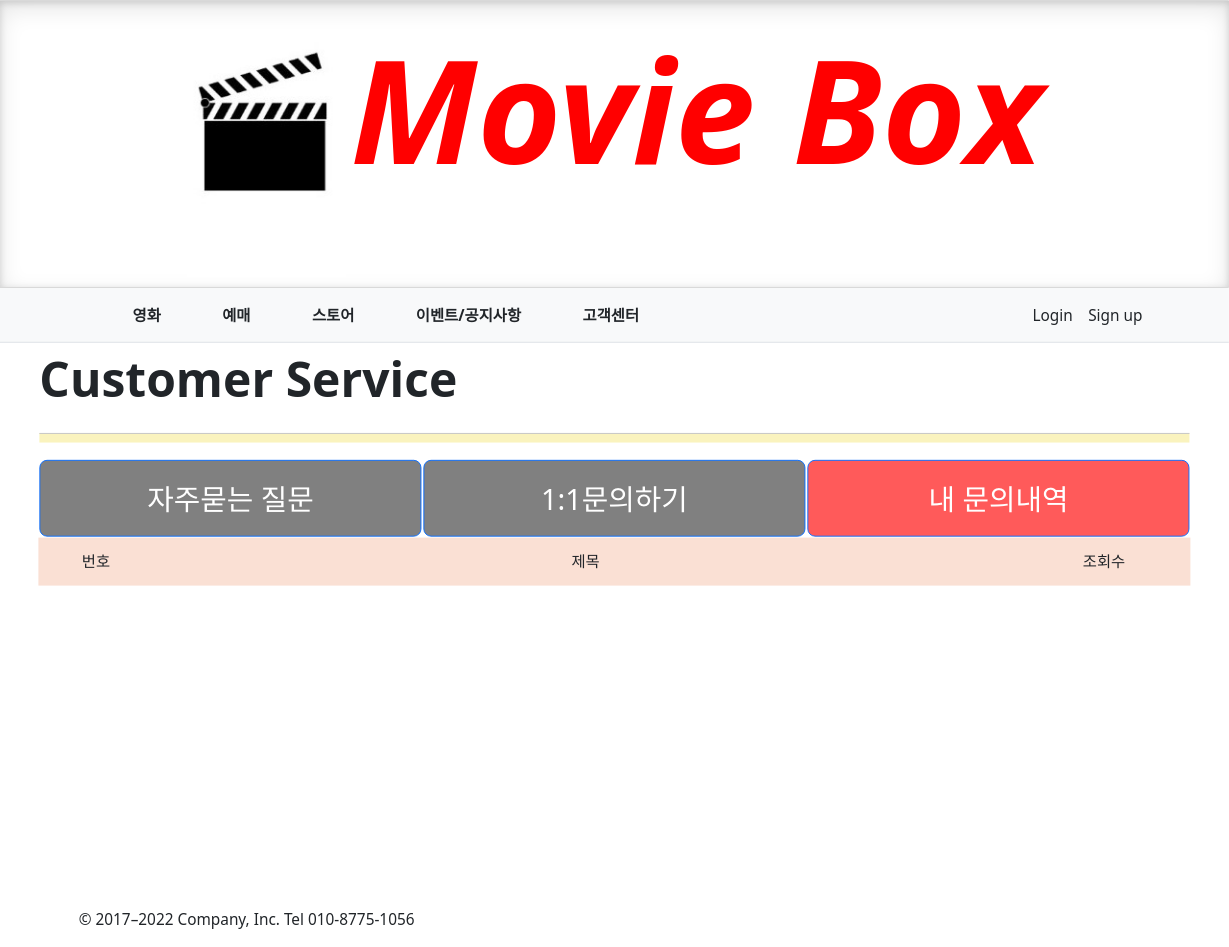
Repository: SpearManCN/MovieBox-2nd-Project-
Page: http://localhost/prj_01/WEB-INF/views/serviceQnAList.jsp
These files come from the project's save history. The page is drawn as it stood at one moment and after the next save; the edit follows.
The browser window is 1280 px wide. The pictures show the whole page, at 96% of full size.
The page is served by Tomcat 9. Nobody is signed in. The template is opened directly, without the code that normally fills it, so the values that code supplies are empty.

Above is the page before, as saved 2022-12-13 16:24:27.

After the next save:
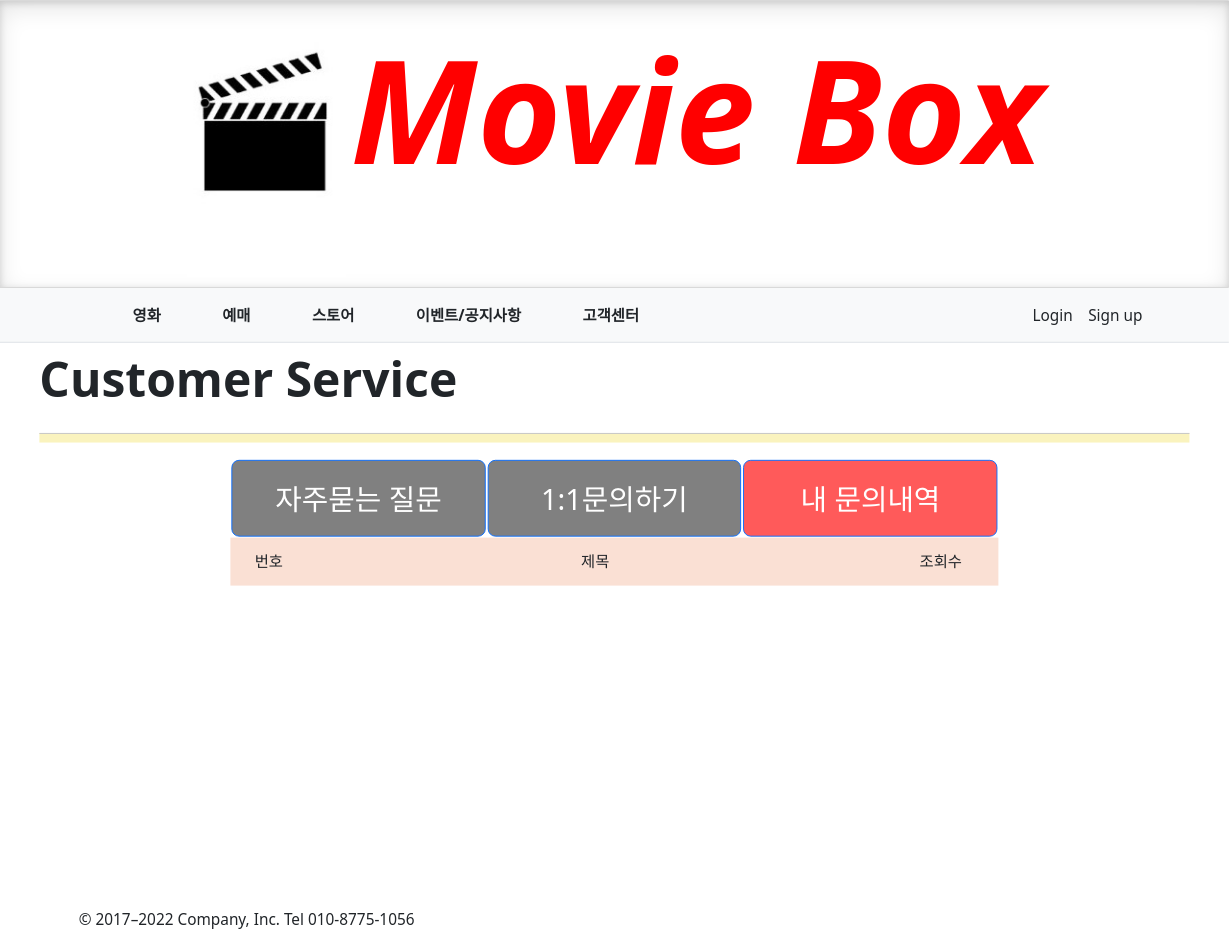
Saved 38 s later.
--- a/Second project/prj_01/src/main/webapp/WEB-INF/views/serviceQnAList.jsp
+++ b/Second project/prj_01/src/main/webapp/WEB-INF/views/serviceQnAList.jsp
@@ -33,7 +33,7 @@
 </table>
 </center>
 
-<table align="center" width="1200px">
+<table align="center" width="800px">
 	<tr>
 	<td width="220px"><button onclick="goServiceForm();" type="button" class="btn btn-primary btn-lg" style="width:100%; height:80px; background-color:gray;">
 	<span style="font-size:30px; ">자주묻는 질문</span></button></td>
@@ -50,7 +50,7 @@
 
 </table>
 
-<table align="center" width="1200px" style="background-color:#FAE0D4;">
+<table align="center" width="800px" style="background-color:#FAE0D4;">
 <tr align="center">
 <td width="10%" height="50px">번호</td>
 <td width="75%">제목</td>
